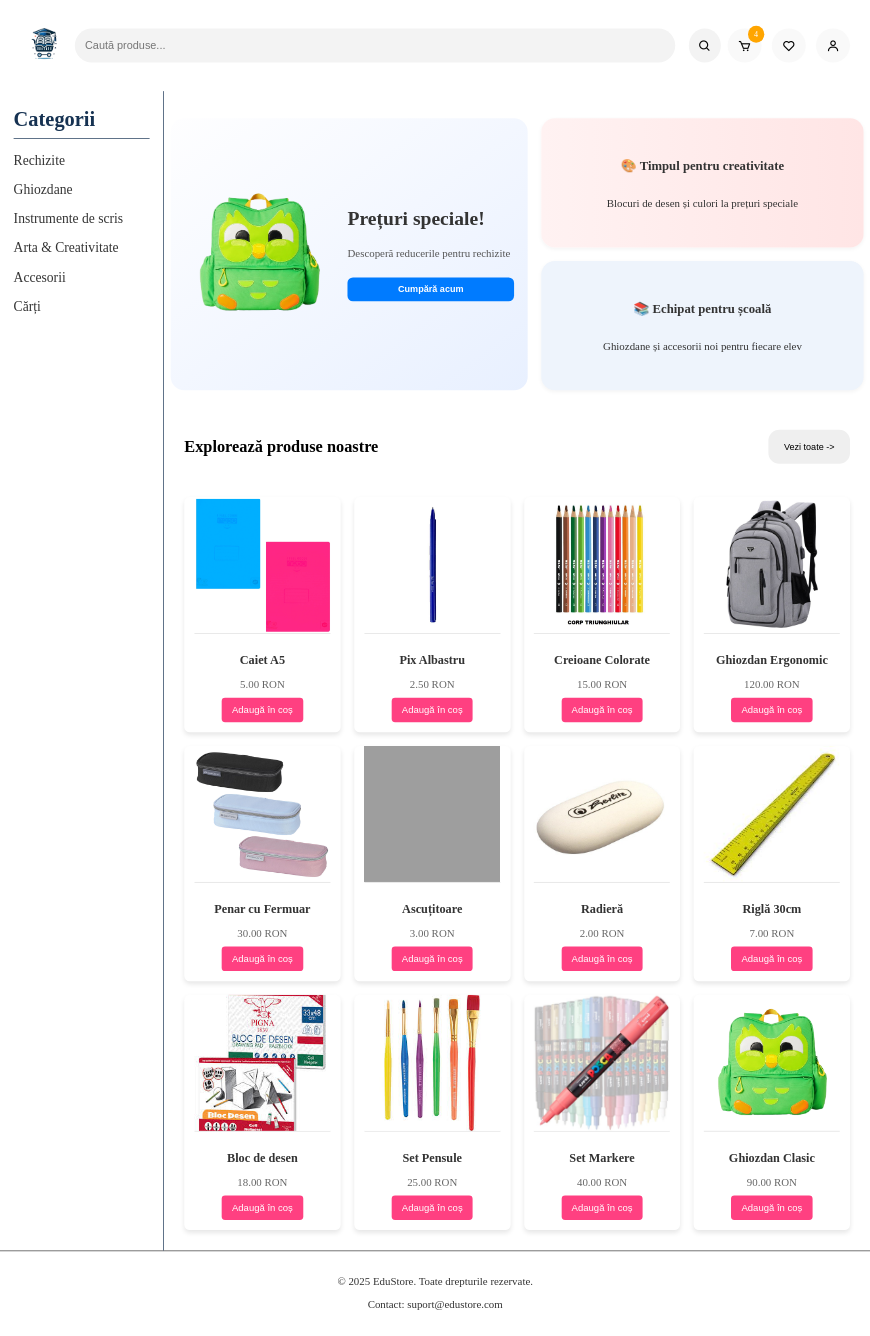
Repository: Roxana5504/WebDev-Project
Page: frontend/index.html
The author's editor kept a copy of each file at every save. The page is drawn from the files as they stood at one save, then again after the next save.
The browser window is 1280 px wide. The pictures show the whole page, at 68% of full size.
Pictures or frames that could not be fetched are drawn as grey boxes.

Above is the page before, as saved 2025-04-23 16:54:20.

After the next save:
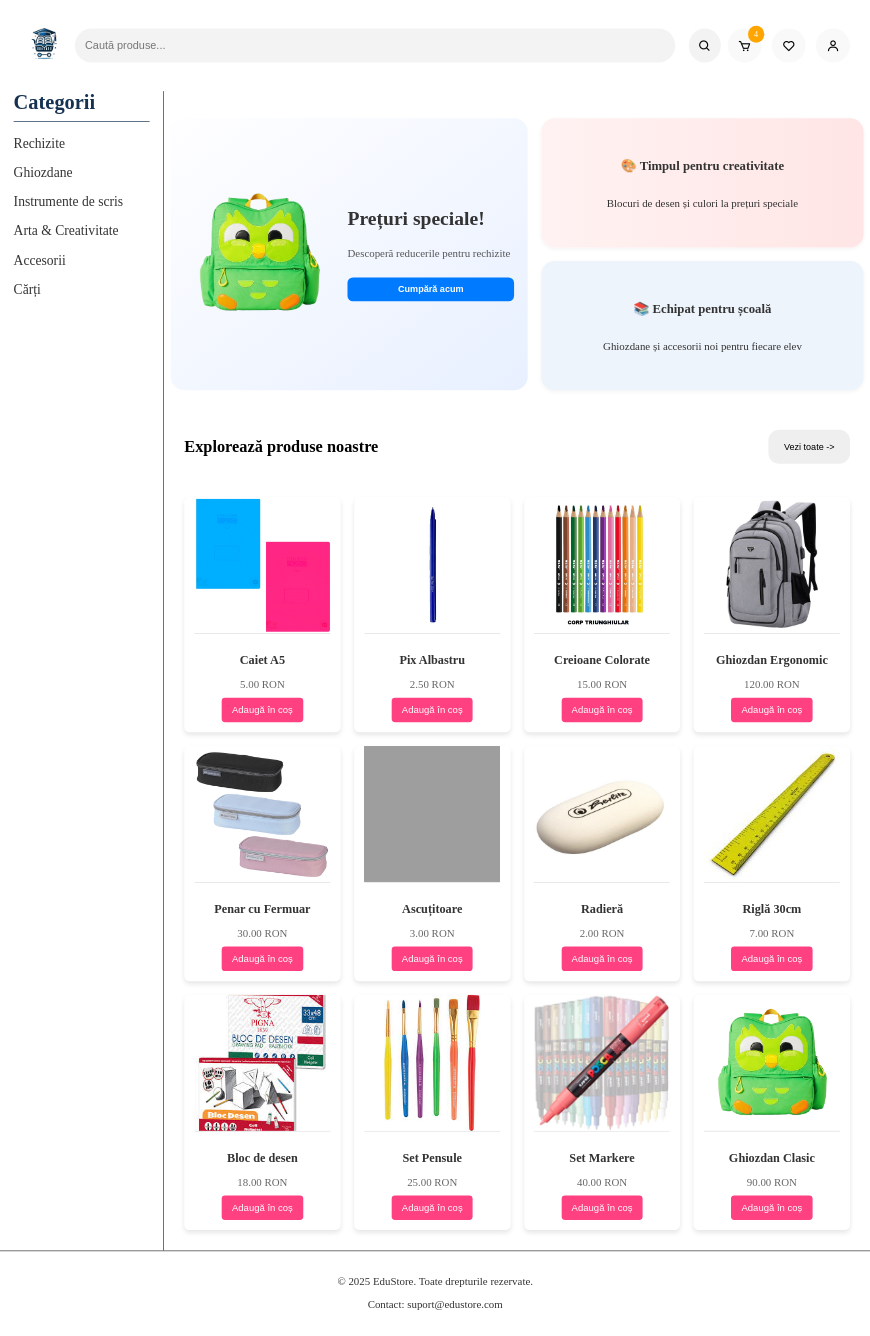
Saved 8 s later.
--- a/frontend/styles.css
+++ b/frontend/styles.css
@@ -200,6 +200,7 @@ body {
 .sidebar h2 {
   font-size: 30px;
   font-weight: bold;
+  margin-top: 0px;
   color: rgb(22, 50, 82);
   margin-bottom: 10px;
   padding-bottom: 10px;
